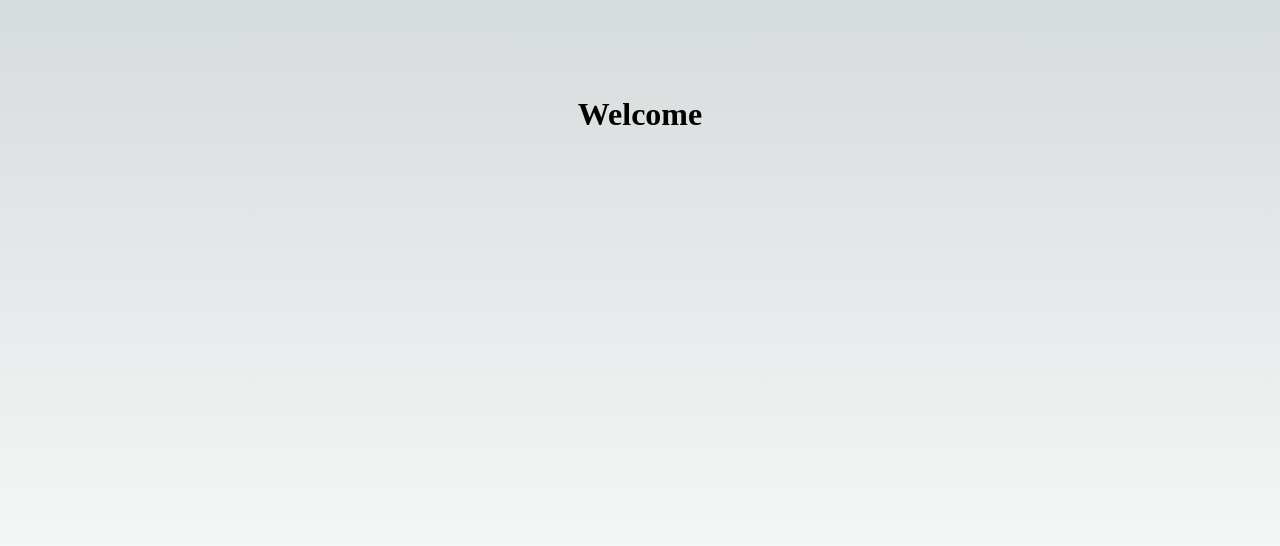
Repository: RonanKhalilOlaes/Week04
Page: /
These files come from the project's save history. The page is drawn as it stood at one moment and after the next save; the edit follows.
The browser window is 1280 px wide. The pictures show the whole page.
The project was rebuilt for these pictures with package versions that can differ from the ones it lists, and the page was loaded fresh each time. The framework's server and built-in components were replaced by stand-ins that run in the browser. Also part of the build but not shown: next.config.js.

Above is the page before, as saved 2023-01-23 10:54:15.

### pages/index.js
import Head from 'next/head'
import Image from 'next/image'
import { Inter } from '@next/font/google'
import styles from '@/styles/Home.module.css'

const inter = Inter({ subsets: ['latin'] })

export default function Home() {
  return (
    <>
      <Head>
        <title>Example #1</title>
        <meta name="description" content="Generated by create next app" />
        <meta name="viewport" content="width=device-width, initial-scale=1" />
        <link rel="icon" href="/favicon.ico" />
      </Head>

      <main className={styles.main}>
        <h1>Welcome</h1>
      </main>
    </>
  )
}

Loaded but not shown: pages/_app.js (common file); pages/_document.js (common file); styles/globals.css (common file); styles/Home.module.css (common file)

After the next save:
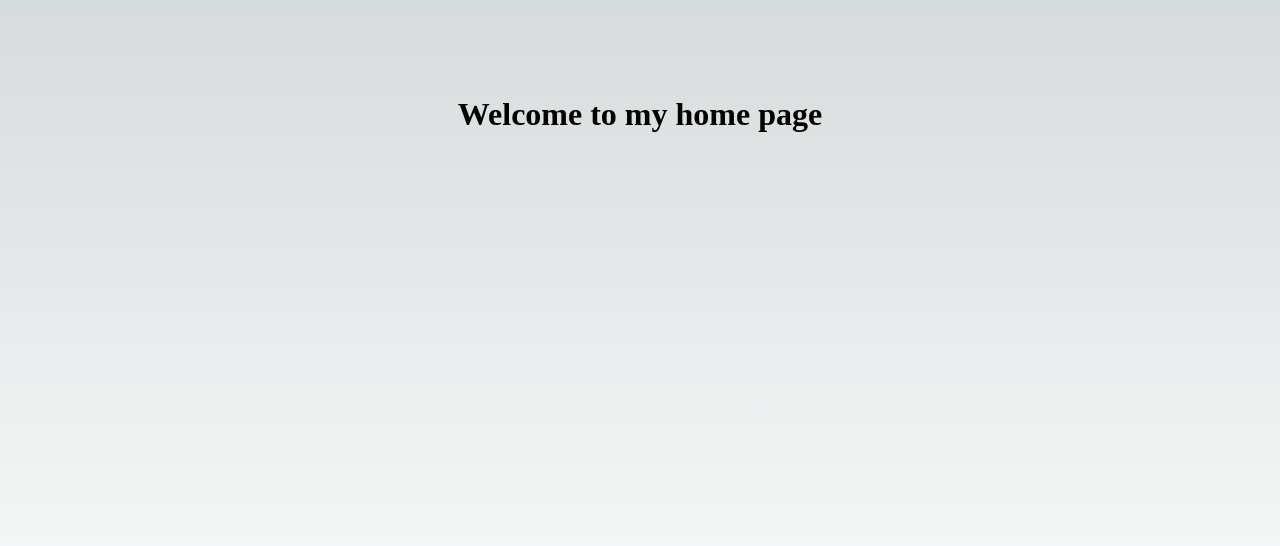
Saved 17 s later.
--- a/pages/index.js
+++ b/pages/index.js
@@ -16,7 +16,7 @@ export default function Home() {
       </Head>
 
       <main className={styles.main}>
-        <h1>Welcome</h1>
+        <h1>Welcome to my home page</h1>
       </main>
     </>
   )
